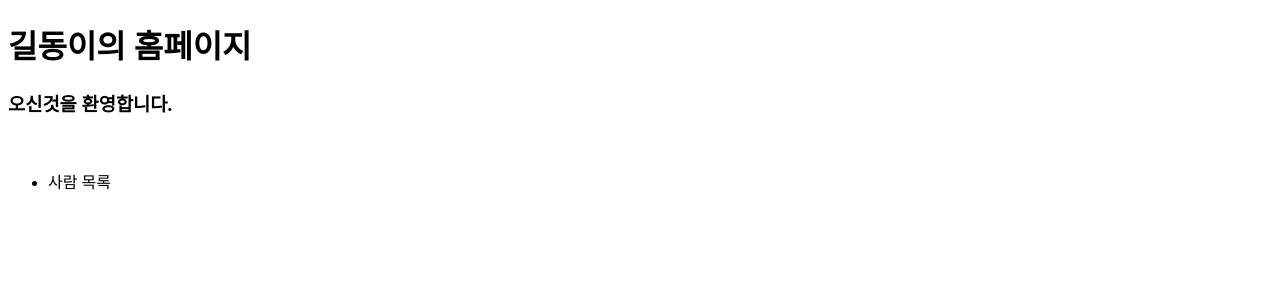
Repository: Parkdolodong/Backend
Page: http://localhost/jsp_servlet_ex01/
The author's editor kept a copy of each file at every save. The page is drawn from the files as they stood at one save, then again after the next save.
The browser window is 1280 px wide. The pictures show the whole page.
The page is served by Tomcat 9. Other server files are loaded and not shown.

Above is the page before, as saved 2023-02-27 01:49:19.

### jsp_servlet/jsp_servlet_ex01/webapp/index.jsp
<%@ page language="java" contentType="text/html; charset=UTF-8"
    pageEncoding="UTF-8"%>
<!DOCTYPE html>
<html>
<head>
<meta charset="UTF-8">
<title>Insert title here</title>
</head>
<body>
	<h1>길동이의 홈페이지</h1>
	<h3>오신것을 환영합니다.</h3>
	<br/>
	<ul>
		<li>사람 목록</li>
	</ul>
	<!--
	[JSP에서 젠코딩 가능하게 하려면]
	1. marketplace에서 emmet 검색 및 설치
	2. 이클립스 Window > preferences에서 emmet 설정에 .jsp 확장자 추가
	-->
</body>
</html>

After the next save:
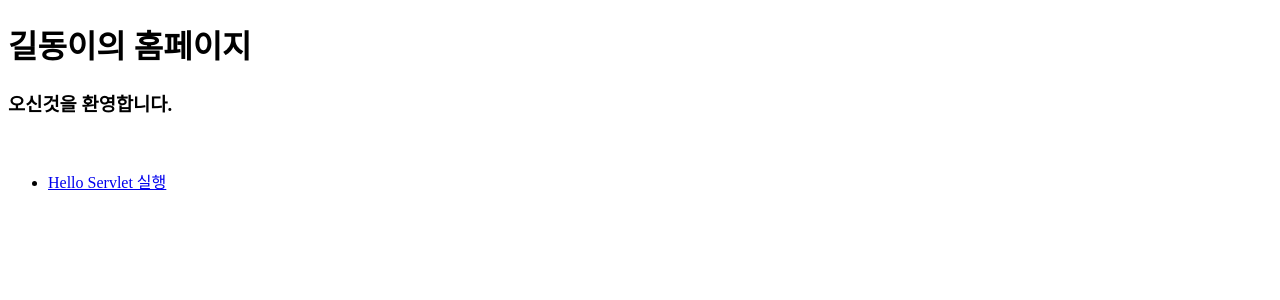
Saved 52 s later.
--- a/jsp_servlet/jsp_servlet_ex01/webapp/index.jsp
+++ b/jsp_servlet/jsp_servlet_ex01/webapp/index.jsp
@@ -11,7 +11,7 @@
 	<h3>오신것을 환영합니다.</h3>
 	<br/>
 	<ul>
-		<li>사람 목록</li>
+		<li><a href="hello">Hello Servlet 실행</a></li>
 	</ul>
 	<!--
 	[JSP에서 젠코딩 가능하게 하려면]
